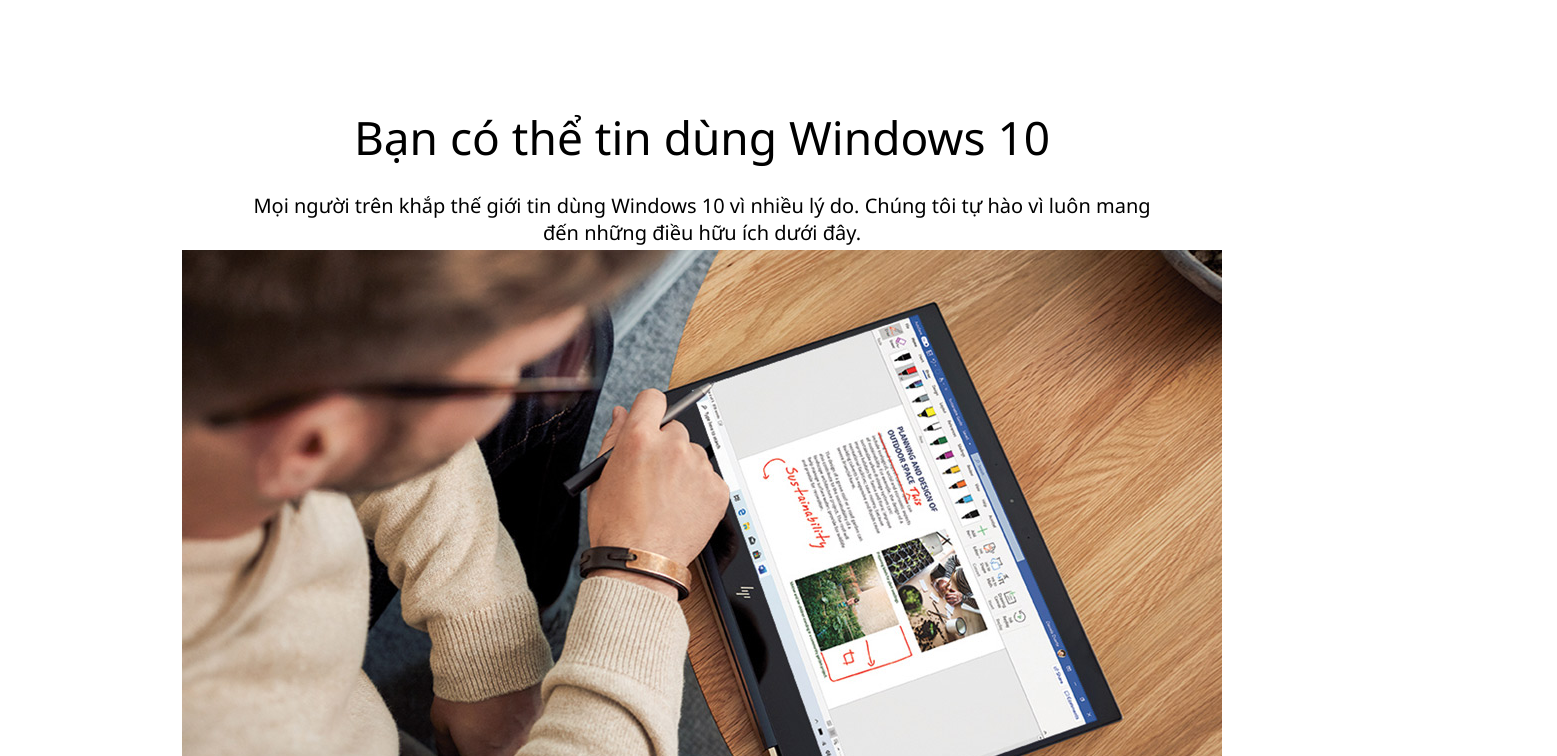
Repository: hoangphuong965/clone-Microsoft---practice
Page: index.html
An editor plug-in stored every save of this project. The page is shown before and after the next save, followed by the edit.
The browser window is 1280 px wide. The page is 1404 px wide, then 1557 px, so the pictures cover 1557 px, including what lies to the right of the window. The pictures show the part of the page from y = 1408 to 2164 px (the page is 2411 px tall before and 2334 px after).

Above is the page before, as saved 2020-06-10 20:49:05.

### index.html
<!DOCTYPE html>
<html lang="en">

<head>
    <meta charset="UTF-8">
    <meta name="viewport" content="width=device-width, initial-scale=1.0">
    <link rel="stylesheet" href="https://maxcdn.bootstrapcdn.com/font-awesome/4.7.0/css/font-awesome.min.css">
    <link rel="stylesheet" href="style.css">
    <title>Khám phá HĐH Windows 10 | Microsoft</title>
</head>

<body>
    <!-- <div class="menu-btn">
        <i class="fa fa-bars" aria-hidden="true"></i>
    </div> -->
    <div class="container">

        <!-- navigation -->
        <nav class="navigation">
            <div class="navigation-left">
                <ul>
                    <div class="logo">
                        <img src="img/logo.png" alt="">
                    </div>
                    <div class="navigation-left-item">
                        <li><a href="">Windows</a></li>
                        <li class="win10">
                            <a href="">Windows 10</a>
                            <i class="fa fa-arrow-down" aria-hidden="true"></i>
                        </li>
                        <li><a href="">Ứng dụng</a></li>
                        <li><a href="">Trò chơi</a></li>
                        <li>
                            <a href="">Thêm</a>
                            <i class="fa fa-arrow-down" aria-hidden="true"></i>
                        </li>
                        <li class="buy">
                            <a href="" id="buy-win">MUA WINDOWS 10</a>
                        </li>
                    </div>
                </ul>
            </div>
            <div class="navigation-right">
                <ul>
                    <div class="navigation-right-item">
                        <li>
                            <a href="">Tất cả Microsoft</a>
                            <i class="fa fa-arrow-down" aria-hidden="true"></i>
                        </li>
                        <li>
                            <a href="">Tìm kiếm</a>
                            <i class="fa fa-search" aria-hidden="true"></i>
                        </li>
                        <li>
                            <a href="">Giỏ hàng</a>
                            <i class="fa fa-shopping-cart" aria-hidden="true"></i>
                        </li>
                        <li>
                            <a href="">Đăng nhập</a>
                            <i class="fa fa-sign-in" aria-hidden="true"></i>
                        </li>
                    </div>
                </ul>
            </div>
        </nav>
        <!-- Showcase -->
        <header class="showcase">
            <div class="showcase-text">
                <h1>Ý tưởng của bạn, Windows của bạn</h1>
                <p>Thỏa sức sáng tạo với công việc và tầm nhìn của bạn. Với Windows 10, bạn có thể làm nên những điều
                    tuyệt vời.</p>
            </div>
        </header>
        <!-- support -->
        <div class="support">
            <div class="using">
                <section class="using-img">
                    <img src="img/h1.jpg" alt="">
                </section>
                <section class="using-text">
                    <span>
                        <h1>Cách sử dụng Windows 10</h1>
                    </span>
                    <span>
                        <p>Dù bạn phải điều chỉnh lịch biểu hoặc phong cách làm việc của mình, Windows 10 đều có các
                            công cụ và tính năng để giúp bạn hoàn thành mọi việc.</p>
                    </span>
                    <span class="link">
                        <a href="#">NHẬN MẸO <i class="fa fa-arrow-right" aria-hidden="true"></i></a>
                    </span>
                </section>
            </div>
            <div class="request">
                <section class="request-img">
                    <img src="img/h2.jpg" alt="">
                </section>
                <section class="request-text">
                    <span>
                        <h1>Yêu cầu hỗ trợ</h1>
                    </span>
                    <span>
                        <p>Bạn cần hỗ trợ về Windows 10? Duyệt xem các câu hỏi thường gặp và diễn đàn hoặc liên hệ với
                            bộ
                            phận hỗ trợ khách hàng qua điện thoại hoặc tính năng trò chuyện. Yêu cầu hỗ trợ để giải
                            quyết
                            vấn đề nhanh chóng.</p>
                    </span>
                    <span class="link">
                        <a href="#">HỖ TRỢ WINDOWS <i class="fa fa-arrow-right" aria-hidden="true"></i></a>
                    </span>
                </section>
            </div>
        </div>
        <!-- feature -->
        <div class="feature">
            <div class="feature-text">
                <section>
                    <h1>Bạn có thể tin dùng Windows 10</h1>
                </section>
                <section>
                    <p>Mọi người trên khắp thế giới tin dùng Windows 10 vì nhiều lý do. Chúng tôi tự hào vì luôn mang đến những điều hữu ích dưới đây.</p>
                </section>
            </div>
            <div class="feature-1">
                <section class="feature-img-left">
                    <img src="img/h3.jpg" alt="">
                </section>
                <section class="feature-text-right">
                    <span>
                        <h2>Hoàn thành mọi việc</h2>
                    </span>
                    <span>
                        <p>Windows 10 có các cải tiến từ hỗ trợ màn hình cảm ứng2 tới các tính năng giúp bạn tập trung và sáng tạo. <a href="">Kiểm tra bản cập nhật Windows mới nhất.</a>
                        </p>
                    </span>
                </section>
            </div>
            <div class="feature-2"></div>
            <div class="feature-3"></div>
        </div>

    </div>

</body>

</html>

### style.css
* {
  margin: 0;
  padding: 0;
  box-sizing: border-box;
  font-family: "Segoe UI", SegoeUI, "Helvetica Neue", Helvetica, Arial,
    sans-serif;
}

.container {
  margin: auto;
  width: 1404px;
}

a {
  text-decoration: none;
  color: #111111;
  padding-bottom: 2px;
}
a:hover {
  border-bottom: 2px solid black;
}
/* navigation */
.navigation {
  display: flex;
  justify-content: space-between;
  margin: auto;
  width: 1250px;
  font-size: 15px;
}
.logo img {
  margin-top: 1.4rem;
  max-width: none;
  width: 108px;
}
.navigation-right-item,
.navigation-left-item {
  display: flex;
  margin: 1rem;
}
.navigation-right-item li,
.navigation-left-item li {
  list-style: none;
  margin: 10px;
}
.navigation-right ul,
.navigation-left ul {
  display: flex;
}
.win10 {
  margin-top: 5px !important;
}
.win10::before {
  content: "|";
  margin-right: 10px;
  font-weight: bold;
  font-size: 20px;
}
.buy {
  border: 1px solid;
  border-radius: 3px;
  height: 31px;
  padding: 6px;
  margin-top: 0px !important;
  font-weight: 600;
}
#buy-win:hover {
  text-decoration: underline !important;
  border-bottom: none;
}

/* showcase */
.showcase {
  position: relative;
  width: 100%;
  height: 712px;
  background: url(img/banner1.jpg) no-repeat center center/cover;
}
.showcase-text {
  position: absolute;
  width: 25rem;
  left: 60%;
  top: 40%;
}
.showcase-text h1 {
  font-size: 40px;
  line-height: 56px;
  padding: 37px 0 3px;
  font-weight: normal;
  font-family: "Trebuchet MS", "Lucida Sans Unicode", "Lucida Grande",
    "Lucida Sans", Arial, sans-serif;
}
.showcase-text p {
  font-size: 20px;
  line-height: 24px;
  font-family: "Times New Roman", Times, serif;
}

/* support */
.support {
  display: grid;
  grid-template-columns: auto auto;
  grid-gap: 24px;
  padding: 3rem 120px;
}

.using-img img,
.request-img img {
  width: 570px;
  height: 321px;
}

.using-text,
.request-text {
  padding-top: 1.2rem;
}

.using-text p,
.request-text p {
  padding: 2rem 0;
}

.link a {
  color: #0067b8;
  font-weight: 700;
}
.link a:hover {
  text-decoration: underline;
  border-bottom: none;
}

/* feature */
.feature {
  text-align: center;
  padding: 3rem;
}
.feature h1 {
  font-size: 46px;
  font-weight: 200;
  line-height: 56px;
  padding: 37px 0 3px;
}
.feature p {
  padding: 24px 12rem 4px;
  font-weight: 200;
  font-size: 20px;
}

.feature-1{
  display: grid;
  grid-template-columns: auto;
}

After the next save:
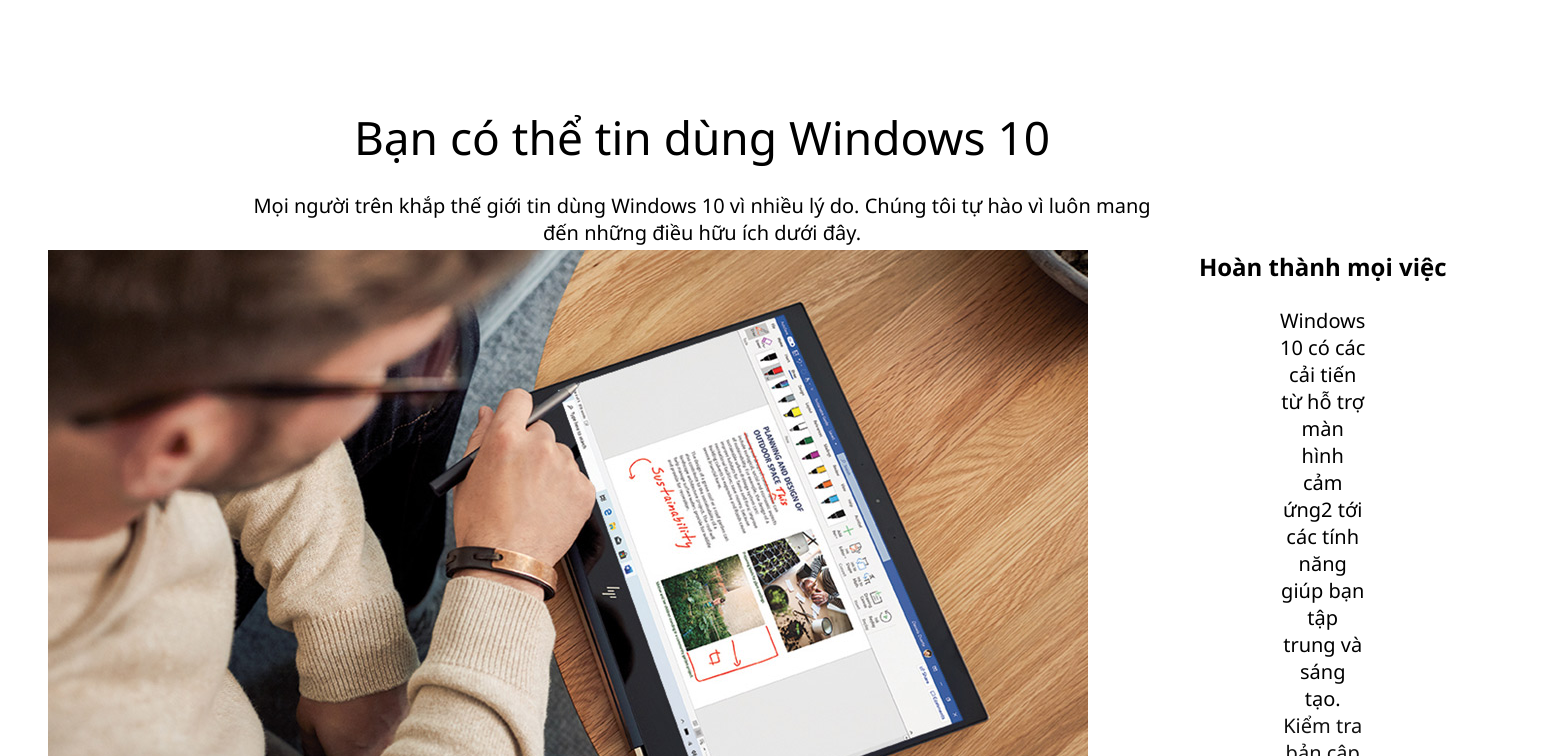
Saved 6 s later.
--- a/style.css
+++ b/style.css
@@ -147,5 +147,6 @@
 
 .feature-1{
   display: grid;
-  grid-template-columns: auto;
+  grid-template-columns: auto auto;
+
 }
